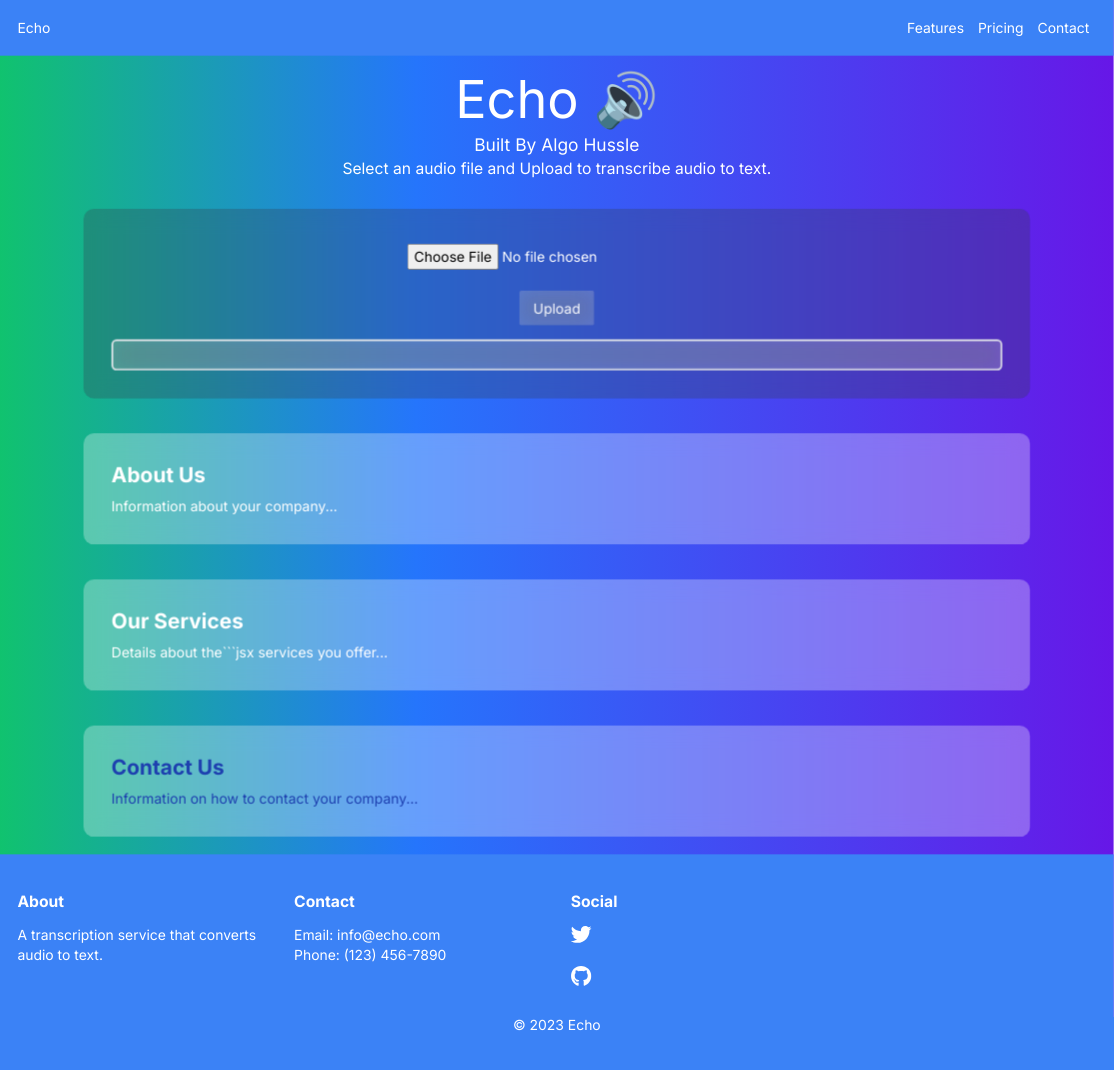
Repository: MikeeBuilds/whisperer
Page: /
An editor plug-in stored every save of this project. The page is shown before and after the next save, followed by the edit.
The browser window is 1280 px wide. The pictures show the whole page, at 87% of full size.
The project was rebuilt for these pictures with package versions that can differ from the ones it lists, and the page was loaded fresh each time. The framework's server and built-in components were replaced by stand-ins that run in the browser. Also part of the build but not shown: next.config.js.

Above is the page before, as saved 2023-06-26 18:46:33.

### src/app/layout.tsx
import Head from 'next/head'
import Footer from './components/Footer'
import Navbar from './components/NavBar'
import './globals.css'
import { Inter } from 'next/font/google'

const inter = Inter({ subsets: ['latin'] })

export const metadata = {
  title: 'Echo',
  description: 'Created by Algo Hussle | AlgoCodes_eth on Twitter',
}

export default function RootLayout({
  children,
}: {
  children: React.ReactNode
}) {
  return (
    <html lang="en">
      <Head>
        <title>{metadata.title}</title>
        <meta name="description" content={metadata.description} />
        <meta name="viewport" content="initial-scale=1.0, width=device-width" />
        {/* Add more meta tags as needed */}
      </Head>
      <body className={`${inter.className} gradient-bg flex flex-col min-h-screen`}>
        <Navbar/>
        <main className="flex-grow">
          {children}
        </main>
        <Footer />
      </body>
    </html>
  )
}

### src/app/page.tsx
'use client'

import { useState } from "react"
import Head from "next/head";

export default function Home() {
  const [theFile, setTheFile] = useState<File | null>(null);
  const [isLoading, setIsLoading] = useState(false);
  const [response, setResponse] = useState("");

  const handleFileChange = (event: React.ChangeEvent<HTMLInputElement>) => {
    const file = event.currentTarget.files?.[0];
    if (!file) return;

    setTheFile(file);
  };

  const callGetTranscription = async () => {
    setIsLoading(true);

    if (!theFile) {
      // Handle the case when no file is selected
      setIsLoading(false);
      return;
    }

    const formData = new FormData();
    formData.set("file", theFile);

    try {
      const response = await fetch("/api", {
        method: "POST",
        body: formData,
      });

      if (response.ok) {
        // Handle the success response
        console.log("File uploaded successfully");
      } else {
        // Handle the error response
        console.error("Failed to upload file");
      }

      const data = await response.json();

      setResponse(data.output.text);
    } catch (error) {
      // Handle any errors
      console.error("An error occurred while uploading the file", error);
    }

    setTheFile(null);
    setIsLoading(false);
  };

  return (
    <div>
      <Head>
        <title>Echo - Audio to Text Transcription</title>
      </Head>
      <main className="container mx-auto px-4 sm:px-24 py-5">
        <section className="text-center">
          <h1 className="text-4xl sm:text-6xl font-sans mb-2">Echo 🔊</h1>
          <h4 className="text-xl">
            <span>Built By Algo Hussle</span>
          </h4>
          <p className="text-sm sm:text-lg font-sans mb-8">Select an audio file and Upload to transcribe audio to text.</p>
        </section>

        <section className="flex flex-col items-center bg-gray-700 rounded-xl p-8 backdrop-blur-md bg-opacity-30">
          <input type="file" accept=".wav, .mp3" onChange={handleFileChange} className="mb-4 p-2" />
          <button
            onClick={callGetTranscription}
            className="w-max bg-white bg-opacity-20 px-4 py-2 rounded-sm hover:bg-opacity-30 transition-colors duration-200 backdrop-blur-md"
          >
            Upload
          </button>
          <div className="mt-4 w-full h-max border-2 break-words p-4 bg-white bg-opacity-20 rounded-md backdrop-blur-md">
            {isLoading ? "Loading..." : response ? response : ""}
          </div>
        </section>

        <section id="about" className="mt-10 bg-white bg-opacity-30 rounded-xl p-8 backdrop-blur-md">
          <h2 className="text-2xl font-bold mb-2">About Us</h2>
          <p>Information about your company...</p>
        </section>

        <section id="services" className="mt-10 bg-white bg-opacity-30 rounded-xl p-8 backdrop-blur-md">
          <h2 className="text-2xl font-bold mb-2">Our Services</h2>
          <p className="">Details about the```jsx
services you offer...</p>
        </section>

        <section id="contact" className="mt-10 bg-white bg-opacity-30 rounded-xl p-8 backdrop-blur-md">
          <h2 className="text-2xl font-bold mb-2 text-blue-800">Contact Us</h2>
          <p className="text-blue-800">Information on how to contact your company...</p>
        </section>
      </main>
    </div>
  );
}

### src/app/components/Footer.tsx
import { FaTwitter, FaGithub } from 'react-icons/fa';

export default function Footer() {
  return (
    <footer className="bg-blue-500 text-white py-10 px-5 mt-auto">
      <div className="grid grid-cols-1 md:grid-cols-4 gap-8">
        <div>
          <h3 className="text-lg font-bold mb-3">About</h3>
          <p>A transcription service that converts audio to text.</p>
        </div>
        <div>
          <h3 className="text-lg font-bold mb-3">Contact</h3>
          <p>Email: info@echo.com</p>
          <p>Phone: (123) 456-7890</p>
        </div>
        <div>
          <h3 className="text-lg font-bold mb-3">Social</h3>
          <a href="https://twitter.com/algocodes_eth" target="_blank" rel="noopener noreferrer" className="mr-3">
            <FaTwitter size={24} />
          </a>
          <a href="https://github.com/AlgoHussle" target="_blank" rel="noopener noreferrer">
            <FaGithub size={24} />
          </a>
        </div>
      </div>
      <div className="mt-8 text-center">
        <p>© {new Date().getFullYear()} Echo</p>
      </div>
    </footer>
  );
}

### src/app/components/NavBar.tsx
export default function Navbar() {
    return (
      <nav className="flex justify-between p-5 bg-blue-500 text-white">
        <div>Echo</div>
        <div>
          <a href="#features" className="mx-2">Features</a>
          <a href="#pricing" className="mx-2">Pricing</a>
          <a href="#contact" className="mx-2">Contact</a>
        </div>
      </nav>
    );
  }

### src/app/globals.css
@tailwind base;
@tailwind components;
@tailwind utilities;

@keyframes gradient {
  0% {
    background-position: 0% 50%;
  }
  50% {
    background-position: 100% 50%;
  }
  100% {
    background-position: 0% 50%;
  }
}

body {
  background: #222222;
  color: white;
}

.gradient-bg {
  animation: gradient 15s ease infinite;
  background: linear-gradient(270deg, #6b11e6, #2575fc, #00ff00, #ffff00);
  background-size: 200% 200%;
}

### tailwind.config.js
/** @type {import('tailwindcss').Config} */
module.exports = {
  content: [
    './src/pages/**/*.{js,ts,jsx,tsx,mdx}',
    './src/components/**/*.{js,ts,jsx,tsx,mdx}',
    './src/app/**/*.{js,ts,jsx,tsx,mdx}',
  ],
  theme: {
    extend: {
      fontFamily: {
        sans: ['var(--font-inter)'],
      },
    },
  },
  plugins: [],
}

After the next save:
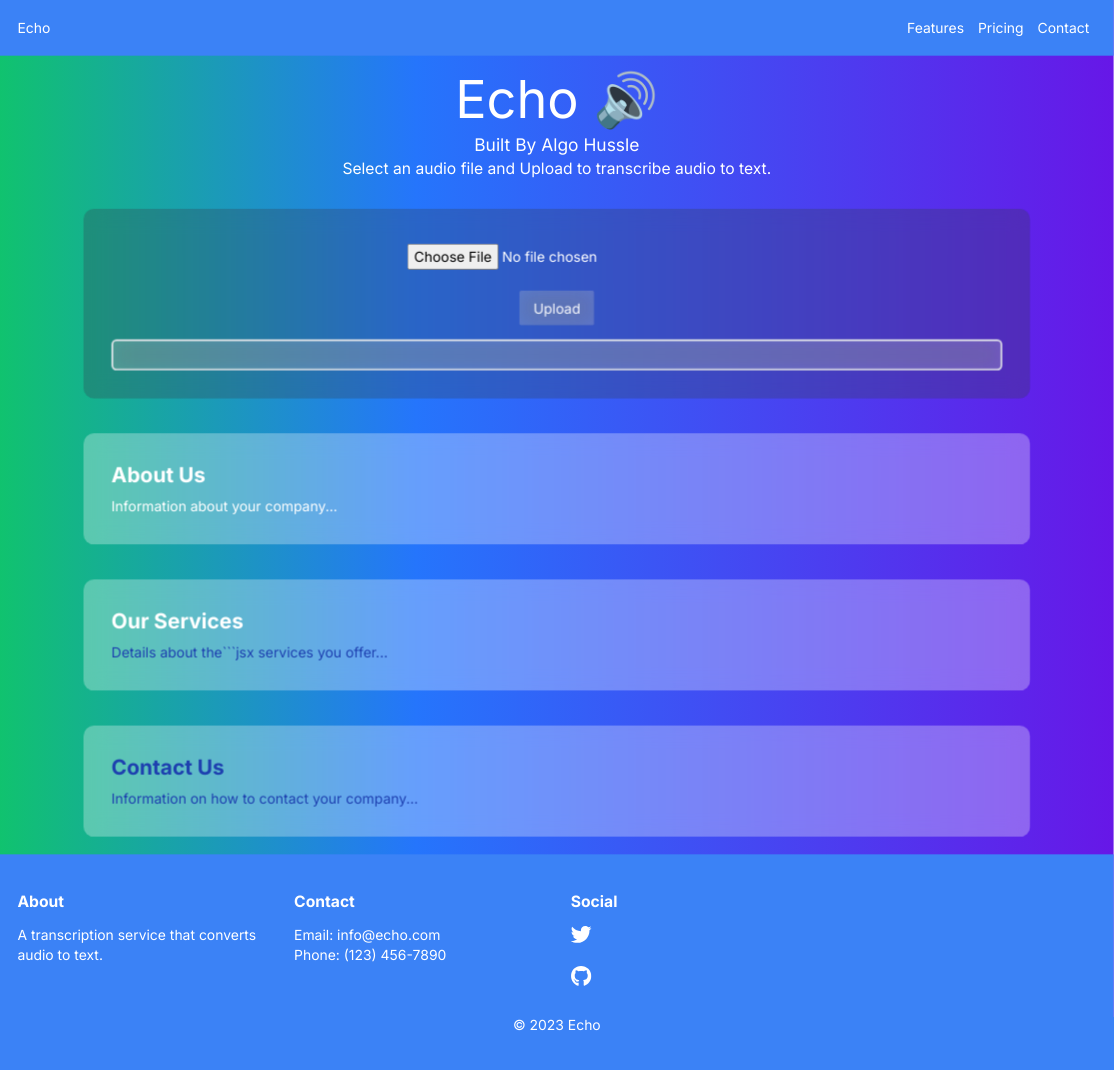
Saved 5 s later.
--- a/src/app/page.tsx
+++ b/src/app/page.tsx
@@ -87,7 +87,7 @@ export default function Home() {
 
         <section id="services" className="mt-10 bg-white bg-opacity-30 rounded-xl p-8 backdrop-blur-md">
           <h2 className="text-2xl font-bold mb-2">Our Services</h2>
-          <p className="">Details about the```jsx
+          <p className="text-blue-800">Details about the```jsx
 services you offer...</p>
         </section>
 
